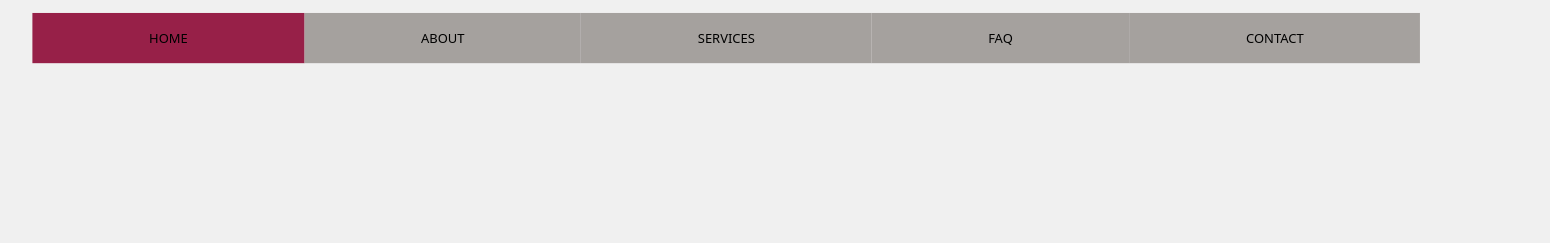
Repository: sriram1224/reactas1.github.io
Page: /
These files come from the project's save history. The page is drawn as it stood at one moment and after the next save; the edit follows.
The browser window is 1280 px wide. The page is 1753 px wide, then 1913 px, so the pictures cover 1913 px, including what lies to the right of the window. The pictures show the whole page, at 81% of full size.
Some web fonts or font styles are not loaded; a fallback is used. The project was rebuilt for these pictures with package versions that can differ from the ones it lists, and the page was loaded fresh each time.

Above is the page before, as saved 2024-03-05 07:08:27.

After the next save:
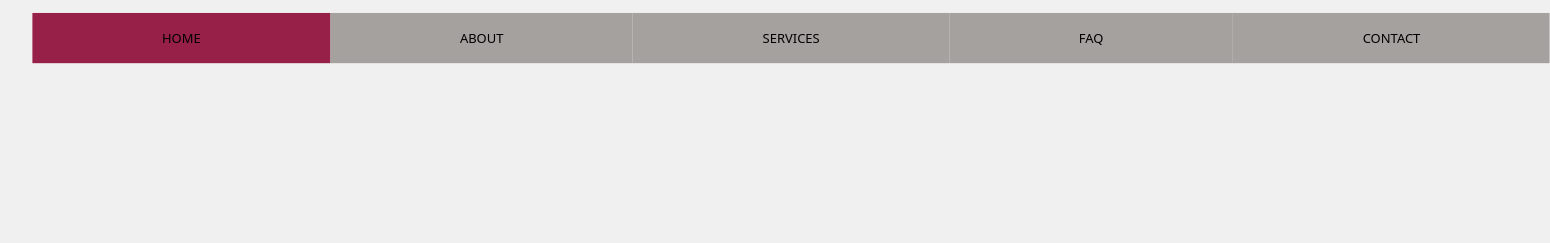
Saved 13 s later.
--- a/src/Components/Nav.css
+++ b/src/Components/Nav.css
@@ -20,7 +20,7 @@ body{
 
 }
 .Nav ul li{
-    padding: 20px 9rem;
+    padding: 20px 10rem;
 
     background-color: rgb(165,161,158);
     text-align: center;
